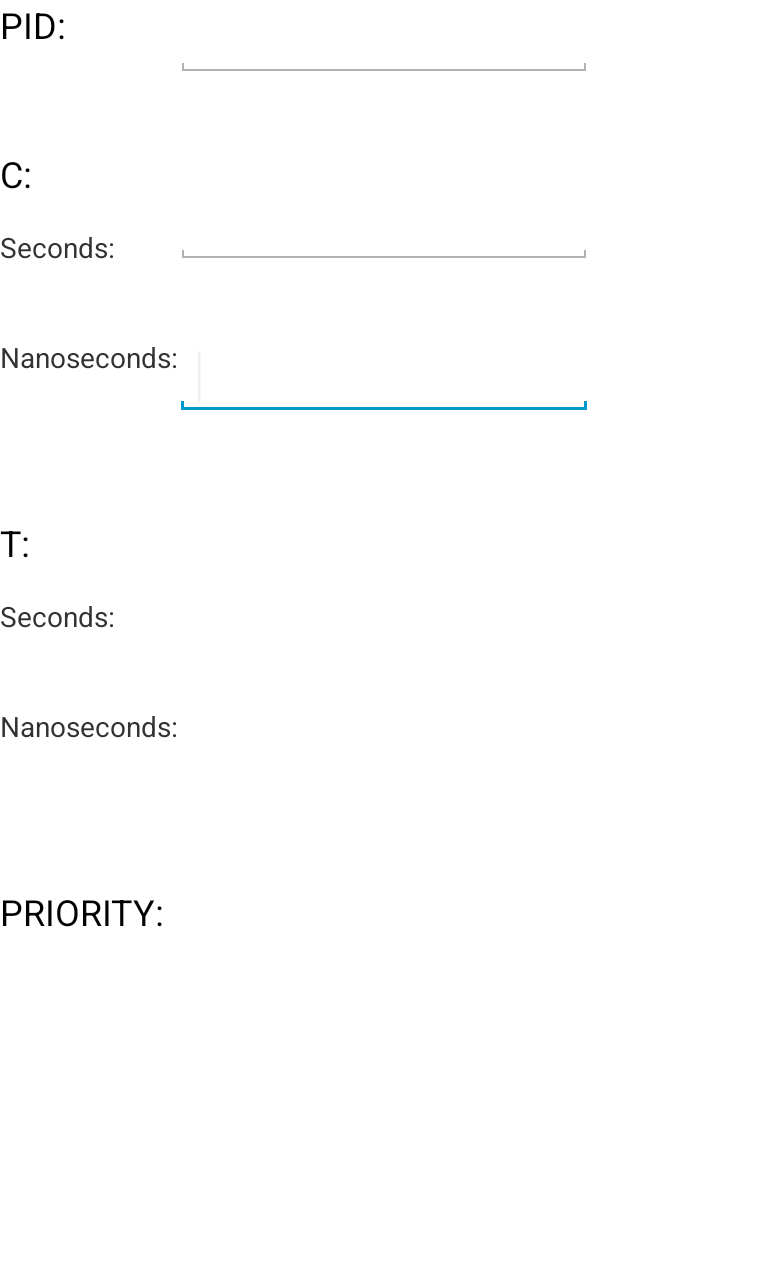
Repository: ankitC/taskmon
Layout: taskmon/res/layout/activity_set_reserve.xml
The author's editor kept a copy of each file at every save. The layout is drawn from the files as they stood at one save, then again after the next save.
It is drawn on a 768 x 1280 px phone screen (xhdpi) without system bars, with theme AppTheme; the app's code is not run.

Above is the layout before, as saved 2013-10-07 02:27:34.

### taskmon/res/layout/activity_set_reserve.xml
<RelativeLayout xmlns:android="http://schemas.android.com/apk/res/android"
    android:layout_width="fill_parent"
    android:layout_height="fill_parent" >

    <TextView
        android:id="@+id/textView1"
        android:layout_width="wrap_content"
        android:layout_height="wrap_content"
        android:layout_alignParentLeft="true"
        android:layout_alignParentTop="true"
        android:text="@string/pid"
        android:textAppearance="?android:attr/textAppearanceMedium" />

    <TextView
        android:id="@+id/textView2"
        android:layout_width="wrap_content"
        android:layout_height="wrap_content"
        android:layout_alignParentLeft="true"
        android:layout_below="@+id/textView1"
        android:layout_marginTop="50dp"
        android:text="@string/c"
        android:textAppearance="?android:attr/textAppearanceMedium" />

    <TextView
        android:id="@+id/textView3"
        android:layout_width="wrap_content"
        android:layout_height="wrap_content"
        android:layout_alignParentLeft="true"
        android:layout_below="@+id/textView2"
        android:layout_marginTop="160dp"
        android:text="@string/t"
        android:textAppearance="?android:attr/textAppearanceMedium" />

    <TextView
        android:id="@+id/textView4"
        android:layout_width="wrap_content"
        android:layout_height="wrap_content"
        android:layout_alignParentLeft="true"
        android:layout_below="@+id/textView3"
        android:layout_marginTop="160dp"
        android:text="@string/priority"
        android:textAppearance="?android:attr/textAppearanceMedium" />

    <TextView
        android:id="@+id/textView5"
        android:layout_width="wrap_content"
        android:layout_height="wrap_content"
        android:layout_alignParentLeft="true"
        android:layout_below="@+id/textView2"
        android:layout_marginTop="15dp"
        android:text="@string/seconds" />

    <TextView
        android:id="@+id/textView6"
        android:layout_width="wrap_content"
        android:layout_height="wrap_content"
        android:layout_alignParentLeft="true"
        android:layout_below="@+id/textView2"
        android:layout_marginTop="70dp"
        android:text="@string/nanoSeconds" />

    <TextView
        android:id="@+id/textView7"
        android:layout_width="wrap_content"
        android:layout_height="wrap_content"
        android:layout_alignParentLeft="true"
        android:layout_below="@+id/textView3"
        android:layout_marginTop="15dp"
        android:text="@string/seconds" />

    <TextView
        android:id="@+id/textView8"
        android:layout_width="wrap_content"
        android:layout_height="wrap_content"
        android:layout_alignParentLeft="true"
        android:layout_below="@+id/textView3"
        android:layout_marginTop="70dp"
        android:text="@string/nanoSeconds" />

    <EditText
        android:id="@+id/editText1"
        android:layout_width="wrap_content"
        android:layout_height="wrap_content"
        android:layout_alignParentTop="true"
        android:layout_centerHorizontal="true"
        android:ems="10"
        android:inputType="numberDecimal" />

    <EditText
        android:id="@+id/editText2"
        android:layout_width="wrap_content"
        android:layout_height="wrap_content"
        android:layout_alignBottom="@+id/textView5"
        android:layout_alignLeft="@+id/editText1"
        android:ems="10"
        android:inputType="numberDecimal" />

    <EditText
        android:id="@+id/editText3"
        android:layout_width="wrap_content"
        android:layout_height="wrap_content"
        android:layout_alignLeft="@+id/editText2"
        android:layout_alignTop="@+id/textView6"
        android:ems="10"
        android:inputType="numberDecimal" >

        <requestFocus />
    </EditText>

</RelativeLayout>

### taskmon/res/values/strings.xml
<?xml version="1.0" encoding="utf-8"?>
<resources>

    <string name="app_name">taskmon</string>
    <string name="action_settings">Settings</string>
    <string name="hello_world">Hello world!</string>
    <string name="setReserve">Set Reserve</string>
    <string name="cancelReserve">Cancel Reserve</string>
    <string name="title_activity_set_reserve">SetReserveActivity</string>
    <string name="title_activity_cancel_reserve">CancelReserveActivity</string>
    <string name="pid">PID:</string>
    <string name="c">C:</string>
    <string name="t">T:</string>
    <string name="priority">PRIORITY:</string>
    <string name="seconds">Seconds:</string>
    <string name="nanoSeconds">Nanoseconds:</string>

</resources>

Loaded but not shown: taskmon/res/values/styles.xml (common file); taskmon/res/values-v11/styles.xml (common file); taskmon/res/values-v14/styles.xml (common file)

After the next save:
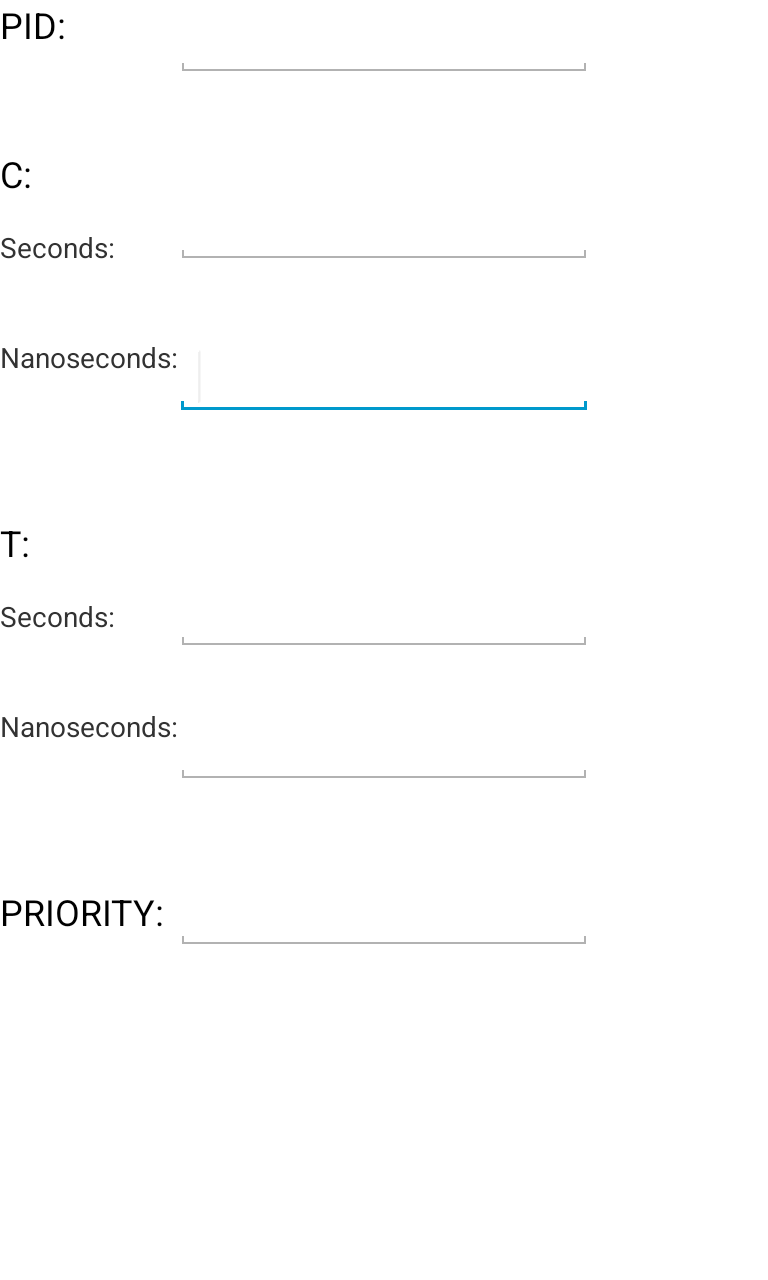
Saved 68 s later.
--- a/taskmon/res/layout/activity_set_reserve.xml
+++ b/taskmon/res/layout/activity_set_reserve.xml
@@ -107,4 +107,33 @@
         <requestFocus />
     </EditText>
 
+    <EditText
+        android:id="@+id/editText4"
+        android:layout_width="wrap_content"
+        android:layout_height="wrap_content"
+        android:layout_alignBaseline="@+id/textView7"
+        android:layout_alignBottom="@+id/textView7"
+        android:layout_alignLeft="@+id/editText3"
+        android:ems="10"
+        android:inputType="numberDecimal" />
+
+    <EditText
+        android:id="@+id/editText5"
+        android:layout_width="wrap_content"
+        android:layout_height="wrap_content"
+        android:layout_alignLeft="@+id/editText4"
+        android:layout_alignTop="@+id/textView8"
+        android:ems="10"
+        android:inputType="numberDecimal" />
+
+    <EditText
+        android:id="@+id/editText6"
+        android:layout_width="wrap_content"
+        android:layout_height="wrap_content"
+        android:layout_alignBaseline="@+id/textView4"
+        android:layout_alignBottom="@+id/textView4"
+        android:layout_alignLeft="@+id/editText5"
+        android:ems="10"
+        android:inputType="numberDecimal" />
+
 </RelativeLayout>
